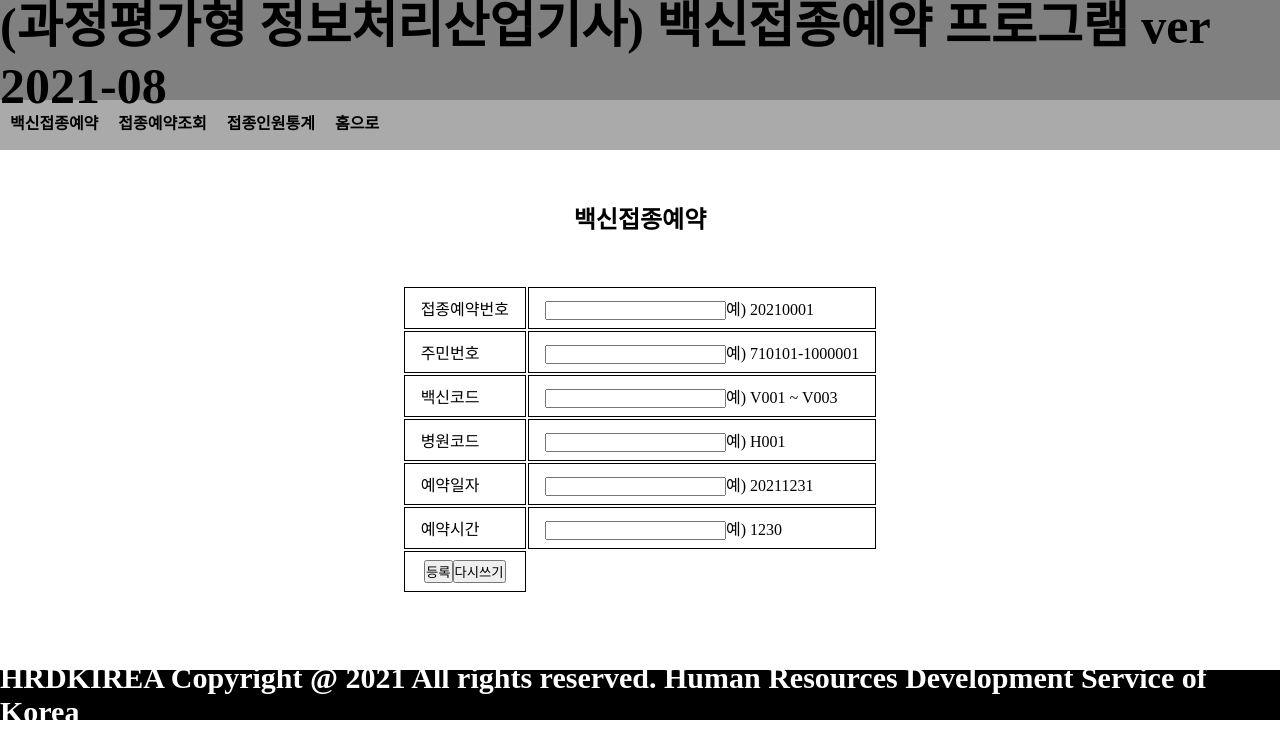
Repository: Ranranruo/info-processing
Page: http://localhost/20250424/insert.jsp
The author's editor kept a copy of each file at every save. The page is drawn from the files as they stood at one save, then again after the next save.
The browser window is 1280 px wide. The pictures show the whole page.
The page is served by Tomcat 9.

Above is the page before, as saved 2025-04-24 07:38:24.

After the next save:
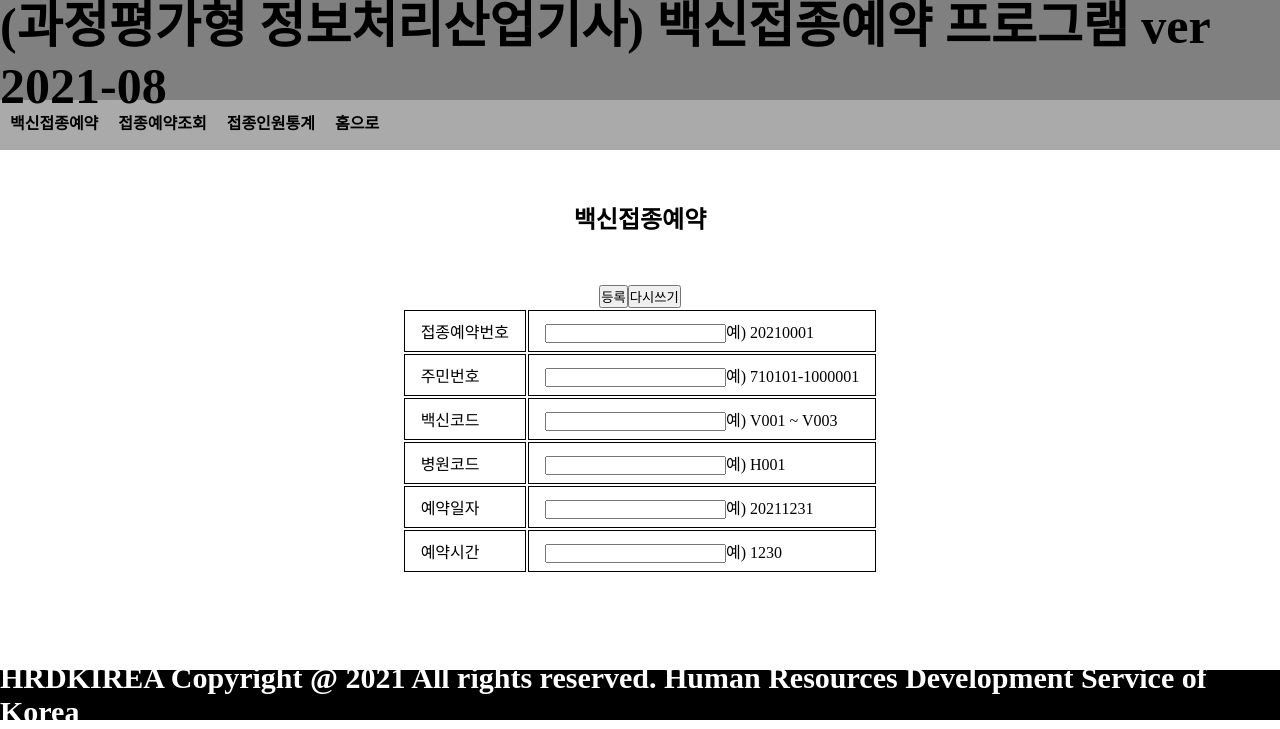
Saved 82 s later.
--- a/20250424/src/main/webapp/insert.jsp
+++ b/20250424/src/main/webapp/insert.jsp
@@ -66,10 +66,10 @@ td{ border: 1px solid black; padding: .5em 1em;}
 </td>
 </tr>
 <tr>
-<td colspan="2" style="display: flex; justify-content: center;">
+<div style="display: flex; justify-content: center;">
 <button>등록</button>
 <button id="reset" type="reset">다시쓰기</button>
-</td>
+</div>
 </tr>
 </table>
 </form>
